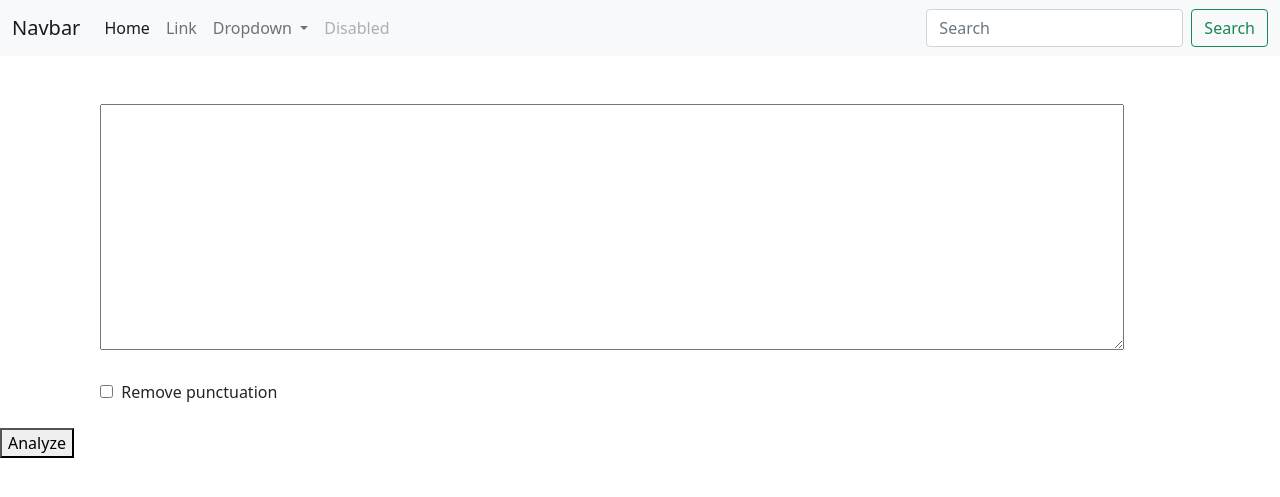
Repository: thenameisshreyank/Textutility
Page: http://localhost/
The author's editor kept a copy of each file at every save. The page is drawn from the files as they stood at one save, then again after the next save.
The browser window is 1280 px wide. The pictures show the whole page.
The page is served by the project's application, run on Django 4.2 (manage.py). Other server files are loaded and not shown.

Above is the page before, as saved 2022-04-12 08:42:50.

### templates/index.html
<!DOCTYPE html>
<html lang="en">
<head>
    <meta charset="UTF-8">
    <meta http-equiv="X-UA-Compatible" content="IE=edge">
    <meta name="viewport" content="width=device-width, initial-scale=1.0">
    <!-- CSS only -->
<link href="https://cdn.jsdelivr.net/npm/bootstrap@5.1.3/dist/css/bootstrap.min.css" rel="stylesheet" integrity="sha384-1BmE4kWBq78iYhFldvKuhfTAU6auU8tT94WrHftjDbrCEXSU1oBoqyl2QvZ6jIW3" crossorigin="anonymous">
    <title>Document</title>
    <style>
      #text{
        margin-left: 100px;
        width: 80%;
        margin-right:100px;
      }
      #rf{
        margin-left: 100px;


      }

    </style>
</head>
<body>
    <nav class="navbar navbar-expand-lg navbar-light bg-light">
        <div class="container-fluid">
          <a class="navbar-brand" href="https://getbootstrap.com/">Navbar</a>
          <button class="navbar-toggler" type="button" data-bs-toggle="collapse" data-bs-target="#navbarSupportedContent" aria-controls="navbarSupportedContent" aria-expanded="false" aria-label="Toggle navigation">
            <span class="navbar-toggler-icon"></span>
          </button>
          <div class="collapse navbar-collapse" id="navbarSupportedContent">
            <ul class="navbar-nav me-auto mb-2 mb-lg-0">
              <li class="nav-item">
                <a class="nav-link active" aria-current="page" href="#">Home</a>
              </li>
              <li class="nav-item">
                <a class="nav-link" href="#">Link</a>
              </li>
              <li class="nav-item dropdown">
                <a class="nav-link dropdown-toggle" href="#" id="navbarDropdown" role="button" data-bs-toggle="dropdown" aria-expanded="false">
                  Dropdown
                </a>
                <ul class="dropdown-menu" aria-labelledby="navbarDropdown">
                  <li><a class="dropdown-item" href="#">Action</a></li>
                  <li><a class="dropdown-item" href="#">Another action</a></li>
                  <li><hr class="dropdown-divider"></li>
                  <li><a class="dropdown-item" href="#">Something else here</a></li>
                </ul>
              </li>
              <li class="nav-item">
                <a class="nav-link disabled">Disabled</a>
              </li>
            </ul>
            <form class="d-flex">
              <input class="form-control me-2" type="search" placeholder="Search" aria-label="Search">
              <button class="btn btn-outline-success" type="submit">Search</button>
            </form>
          </div>
        </div>
      </nav><br><br>
      <form action="">
        <textarea name="text" id="text" cols="30" rows="10"></textarea><br><br>
        <input type="checkbox" id="rf" name="rf" value="Remove punctuation">&nbsp;&nbsp;Remove punctuation
        <br><br><button type="submit" id="analyze">Analyze</button>
      </form>
</body>
</html>

### c1/views.py

from django.http import HttpResponse
from django.shortcuts import render

from django.http import HttpResponse
# Create your views here.

def nav(request):
    return render(request,"index.html")

### c/urls.py
"""c URL Configuration

The `urlpatterns` list routes URLs to views. For more information please see:
    https://docs.djangoproject.com/en/4.0/topics/http/urls/
Examples:
Function views
    1. Add an import:  from my_app import views
    2. Add a URL to urlpatterns:  path('', views.home, name='home')
Class-based views
    1. Add an import:  from other_app.views import Home
    2. Add a URL to urlpatterns:  path('', Home.as_view(), name='home')
Including another URLconf
    1. Import the include() function: from django.urls import include, path
    2. Add a URL to urlpatterns:  path('blog/', include('blog.urls'))
"""

from django.contrib import admin
from django.urls import include, path

urlpatterns = [
    path('admin/', admin.site.urls),
    path('',include('c1.urls')),
]

### c1/urls.py




from . import views
from django.urls import path


urlpatterns=[
    path('',views.nav),
]

After the next save:
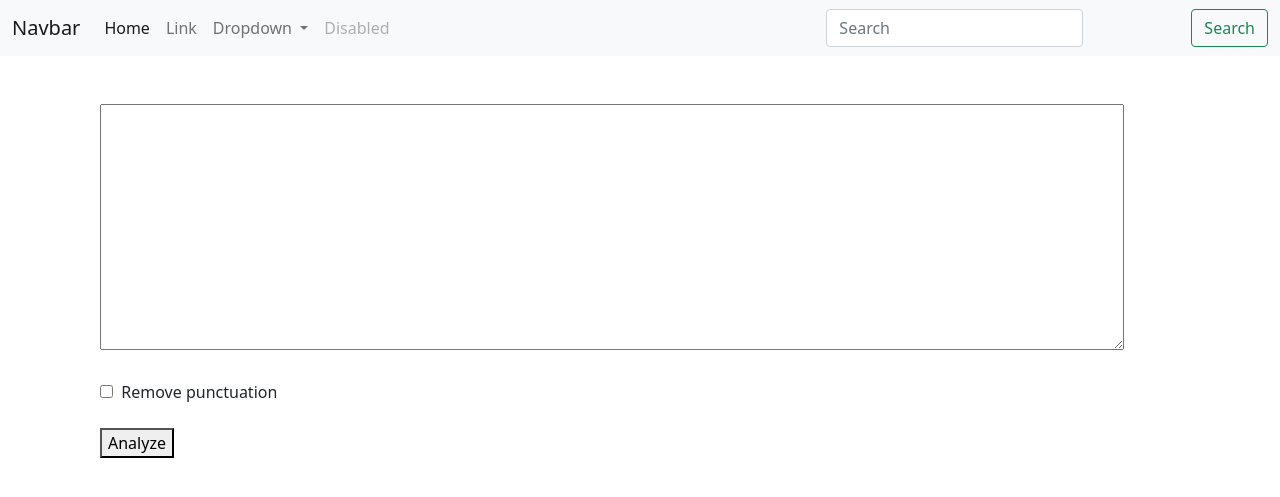
Saved 8 s later.
--- a/templates/index.html
+++ b/templates/index.html
@@ -17,6 +17,9 @@
         margin-left: 100px;
 
 
+      }
+      button{
+        margin-left: 100px;
       }
 
     </style>
